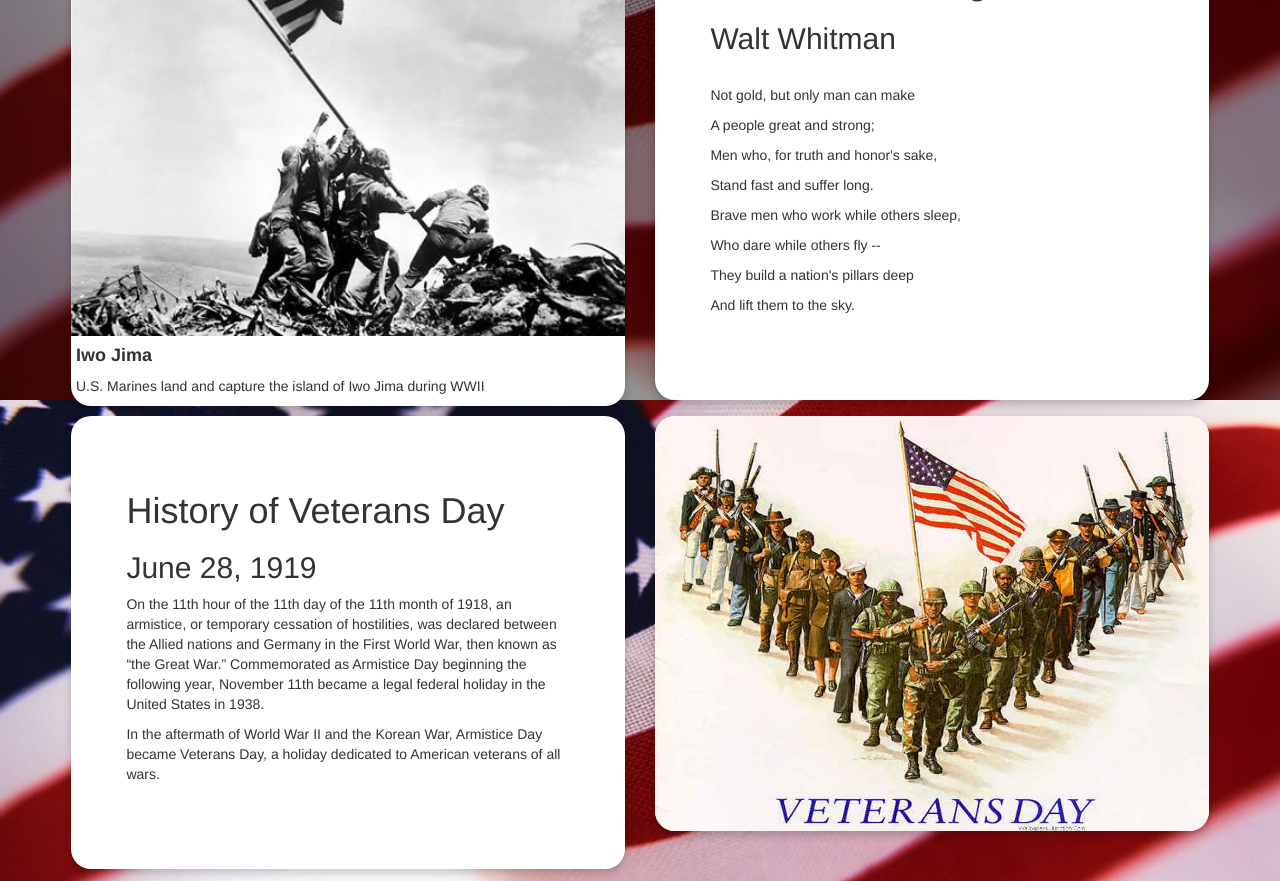
Repository: jdunc/veterans
Page: index.html
The author's editor kept a record of every edit. The page is drawn from the files as they stood at one moment, then again after the next edit.
The browser window is 1280 px wide. The pictures show the part of the page from y = 320 to 1201 px (the page is 1201 px tall before and 1181 px after).
A picture or video elsewhere on the page could not be fetched, so the positions and the page height are approximate.

Above is the page before.
Console error (its wording comes from the project's code and is left out).

### index.html
<!DOCTYPE html>
<!-- HTML5 Hello world by kirupa - http://www.kirupa.com/html5/getting_your_feet_wet_html5_pg1.htm -->
<html lang="en-us">

<head>
    <style type="text/css">
        body,
        a:hover {
            cursor: url(http://cur.cursors-4u.net/cursors/cur-8/cur719.cur), progress !important;
        }
    </style>
    <a href="http://www.cursors-4u.com/cursor/2011/01/01/united-states-of-america-pointer.html" target="_blank" title="United States Of America Pointer"><img src="http://cur.cursors-4u.net/cursor.png" border="0" alt="United States Of America Pointer" style="position:absolute; top: 0px; right: 0px;" /></a>
    <meta charset="utf-8">
    <title>Valiant Veterans</title>

    <!-- Latest compiled and minified CSS -->
    <link rel="stylesheet" href="https://maxcdn.bootstrapcdn.com/bootstrap/3.3.7/css/bootstrap.min.css" integrity="sha384-BVYiiSIFeK1dGmJRAkycuHAHRg32OmUcww7on3RYdg4Va+PmSTsz/K68vbdEjh4u" crossorigin="anonymous">
    <link rel="stylesheet" href="https://maxcdn.bootstrapcdn.com/bootstrap/3.3.7/css/bootstrap-theme.min.css" integrity="sha384-rHyoN1iRsVXV4nD0JutlnGaslCJuC7uwjduW9SVrLvRYooPp2bWYgmgJQIXwl/Sp" crossorigin="anonymous">
    <script src="https://maxcdn.bootstrapcdn.com/bootstrap/3.3.7/js/bootstrap.min.js" integrity="sha384-Tc5IQib027qvyjSMfHjOMaLkfuWVxZxUPnCJA7l2mCWNIpG9mGCD8wGNIcPD7Txa" crossorigin="anonymous"></script>
    <!--Our Stylesheet-->
    <link rel="stylesheet" href="./style.css" type="text/css" />
    <link href="https://fonts.googleapis.com/css?family=Monoton" rel="stylesheet">

</head>

<body background="flag.jpg">
    <div class="layer">
        <div class="page-header">
            <h1>Valiant Veterans</h1>
            <h1><small>Serving Those Who Served</small></h1>
        </div>
        <div class="container">
            <div class="row">
                <div class="col-lg-6">
                    <div class="card iwo">
                        <img src="lift.jpg" style="width:100%">
                        <h4><b>Iwo Jima</b></h4>
                        <p>U.S. Marines land and capture the island of Iwo Jima during WWII</p>
                    </div>
                </div>
                <div class="col-lg-6 ">
                    <div class="card poem">
                        <h1>A Nation's Strength</h1>
                        <h2>Walt Whitman</h2>
                        </br>
                        <p>Not gold, but only man can make</p>
                        <p> A people great and strong;</p>
                        <p>Men who, for truth and honor's sake,</p>
                        <p> Stand fast and suffer long.</p>

                        <p>Brave men who work while others sleep,</p>
                        <p> Who dare while others fly --</p>
                        <p>They build a nation's pillars deep</p>
                        <p> And lift them to the sky.</p>
                        </br>
                    </div>
                </div>
            </div>
            <div class="row">
                <div class="col-lg-6">
                    <div class="card poem">
                        <h1>History of Veterans Day</h1>
                        <h2>June 28, 1919</h2>
                        <p>On the 11th hour of the 11th day of the 11th month of 1918, an armistice, or temporary cessation of hostilities, was declared between the Allied nations and Germany in the First World War, then known as “the Great War.” Commemorated as Armistice Day beginning
                        the following year, November 11th became a legal federal holiday in the United States in 1938.</p>
                        <p>In the aftermath of World War II and the Korean War, Armistice Day became Veterans Day, a holiday dedicated to American veterans of
                        all wars.</p>
                        </br>
                    </div>
                </div>
                <div class="col-lg-6">
                    <div class="card iwo">
                        <img src="veterans.jpg" style="width:100%">
                    </div>
                </div>
            </div>
        </div>
    </div>

    </div>
</body>

</html>

### style.css
.page-header{
    text-align: center;
    background-image: url('bald-eagle.jpg');
    background-size: 255px;
    height:145px;
    box-shadow: 5px 5px 5px rgba(255,255,255,0.5);
    line-height:30pt;
    font-family: 'Monoton', cursive;


}

.blink_me {
  animation: blinker 5s linear infinite;
}

@keyframes blinker {
        100% {
      color: white;
  }
  66% {
      color: red;
  }
    33% {
      color: blue;
  }
        0% {
      color: white;
}
}

.page-header h1{
    color:white;
    text-shadow:2px 2px 5px black;
    font-size: 40pt;
    font-family: 'Monoton', cursive;


}
.page-header h1 small{
        color:black;
    text-shadow:2px 2px 5px white;
    font-family: 'Oswald', sans-serif;

}
body{
    background-size:100vw 100vh;
}
.card {
    background-color: white;
    box-shadow: 0 4px 8px 0 rgba(0,0,0,0.2);
    transition: 0.3s;
    /*width: 30%;*/
    border-radius: 20px;
    overflow: hidden;
}

.layer {
    background-color: rgba(0, 0, 0, 0.4);
    position: absolute;
    top: 0;
    left: 0;
    width: 100%;
    height: 100%;
}

.card:hover {
    box-shadow: 0 8px 16px 0 rgba(0,0,0,1);
}

.container {
    padding: 2px 16px;
}

.poem{
    padding: 10%;
}
.row{
    margin-bottom:10px;
}
.iwo p{
    margin-left:5px;
}
.iwo h4{
    margin-left:5px;
}
.vets{
    padding: 5px;
}

After the next edit:
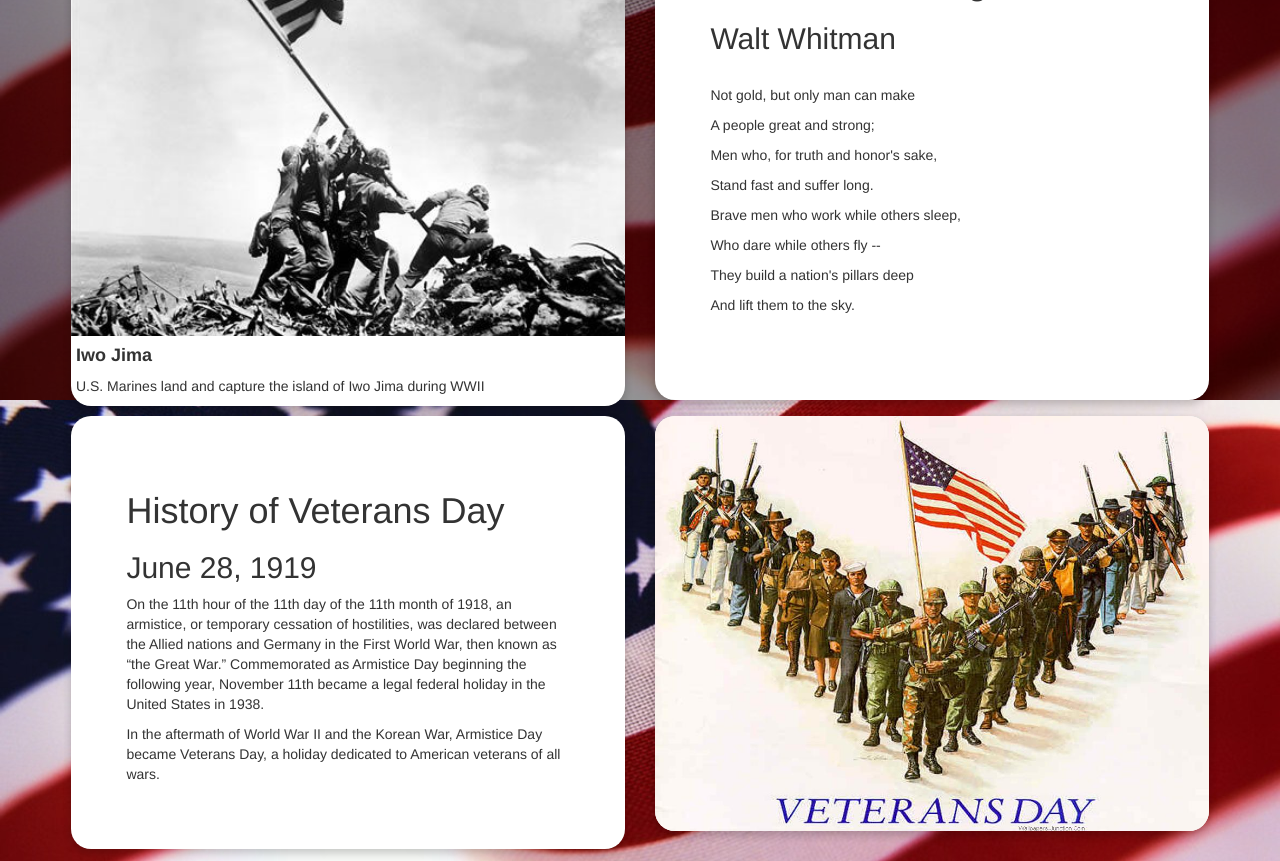
The edit:
--- a/index.html
+++ b/index.html
@@ -64,8 +64,7 @@
                         <p>On the 11th hour of the 11th day of the 11th month of 1918, an armistice, or temporary cessation of hostilities, was declared between the Allied nations and Germany in the First World War, then known as “the Great War.” Commemorated as Armistice Day beginning
                         the following year, November 11th became a legal federal holiday in the United States in 1938.</p>
                         <p>In the aftermath of World War II and the Korean War, Armistice Day became Veterans Day, a holiday dedicated to American veterans of
-                        all wars.</p>
-                        </br>
+                        all wars.
                     </div>
                 </div>
                 <div class="col-lg-6">
